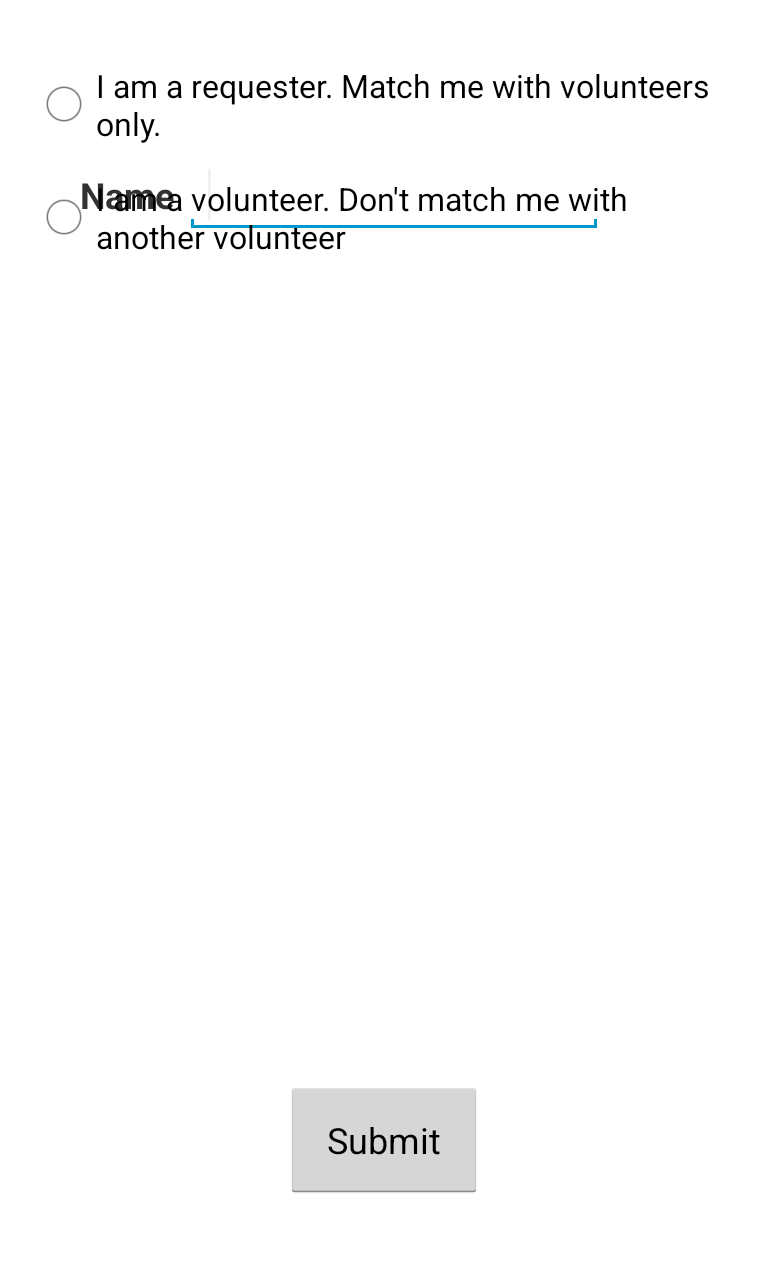
Repository: rwillmot/CS180-SafeWalk-Phase2
Layout: SafeWalkAndroidClient/res/layout/client_fragment_layout.xml
The author's editor kept a copy of each file at every save. The layout is drawn from the files as they stood at one save, then again after the next save.
It is drawn on a 768 x 1280 px phone screen (xhdpi) without system bars, with theme AppTheme; the app's code is not run.

Above is the layout before, as saved 2014-12-02 21:38:21.

After the next save:
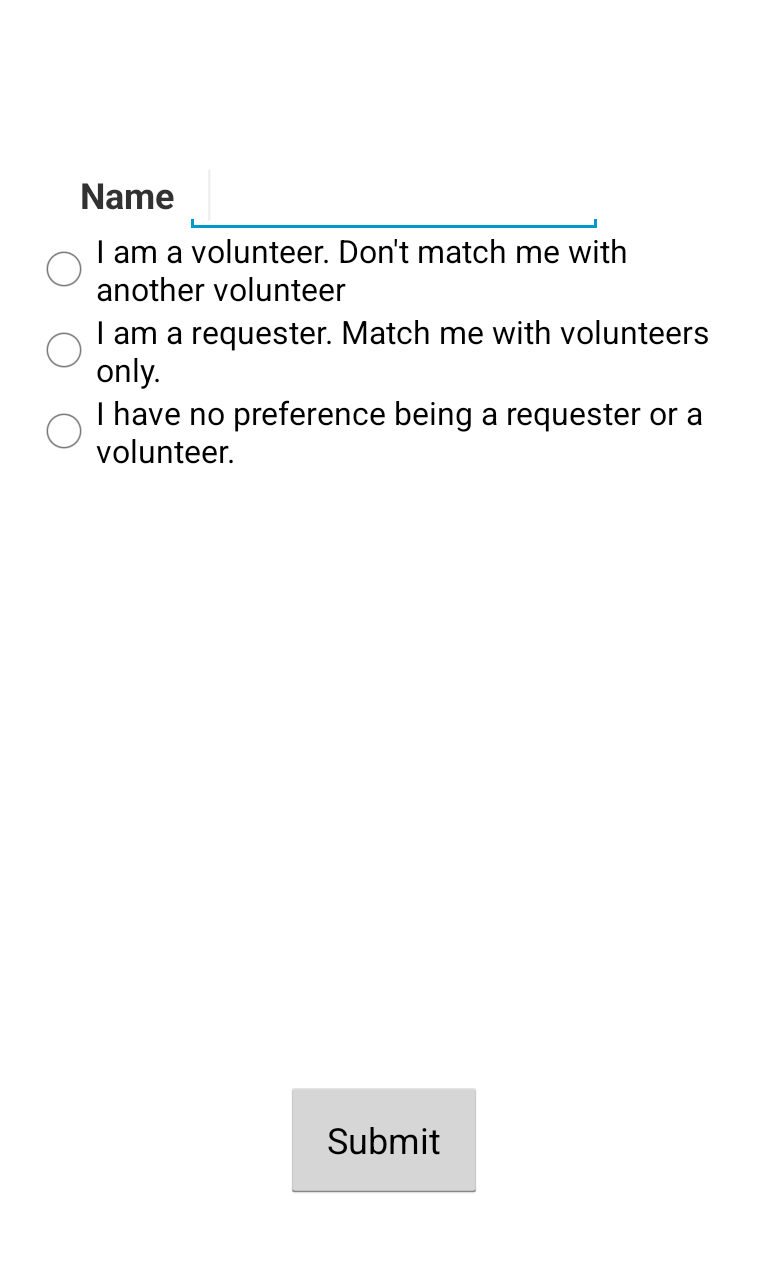
Saved 6 min 51 s later.
--- a/SafeWalkAndroidClient/res/layout/client_fragment_layout.xml
+++ b/SafeWalkAndroidClient/res/layout/client_fragment_layout.xml
@@ -58,27 +58,35 @@
         android:id="@+id/radioGroup1"
         android:layout_width="fill_parent"
         android:layout_height="wrap_content"
-        android:orientation="vertical" >
+        android:orientation="vertical"
+        android:layout_below="@+id/et_name">
 
+    <RadioButton
+        android:id="@+id/radio_volunteer"
+        android:layout_width="wrap_content"
+        android:layout_height="wrap_content"
+        android:layout_alignRight="@+id/tv_name"
+        android:layout_centerVertical="true"
+        android:onClick="onRadioButtonClicked"
+        android:text="I am a volunteer. Don&apos;t match me with another volunteer" />
 
     <RadioButton
         android:id="@+id/radio_requester"
         android:layout_width="wrap_content"
         android:layout_height="wrap_content"
-        android:layout_alignParentRight="true"
-        android:layout_below="@+id/tv_name"
-        android:layout_marginTop="16dp"
+        android:layout_above="@+id/radio_volunteer"
+        android:layout_alignLeft="@+id/radio_volunteer"
         android:onClick="onRadioButtonClicked"
         android:text="I am a requester. Match me with volunteers only." />
-
     <RadioButton
-        android:id="@+id/radio_volunteer"
+        android:id="@+id/radio_neutral"
         android:layout_width="wrap_content"
         android:layout_height="wrap_content"
-        android:layout_alignLeft="@+id/radio_requester"
-        android:layout_below="@+id/radio_requester"
-        android:layout_marginTop="16dp"
+        android:layout_below="@+id/radio_volunteer"
+        android:laoyout_alighLeft="@+id/radio_requester"
         android:onClick="onRadioButtonClicked"
-        android:text="I am a volunteer. Don&apos;t match me with another volunteer" />
-    </RadioGroup>
+        android:text="I have no preference being a requester or a volunteer." >
+
+    </RadioButton>
+</RadioGroup>
 </RelativeLayout>
